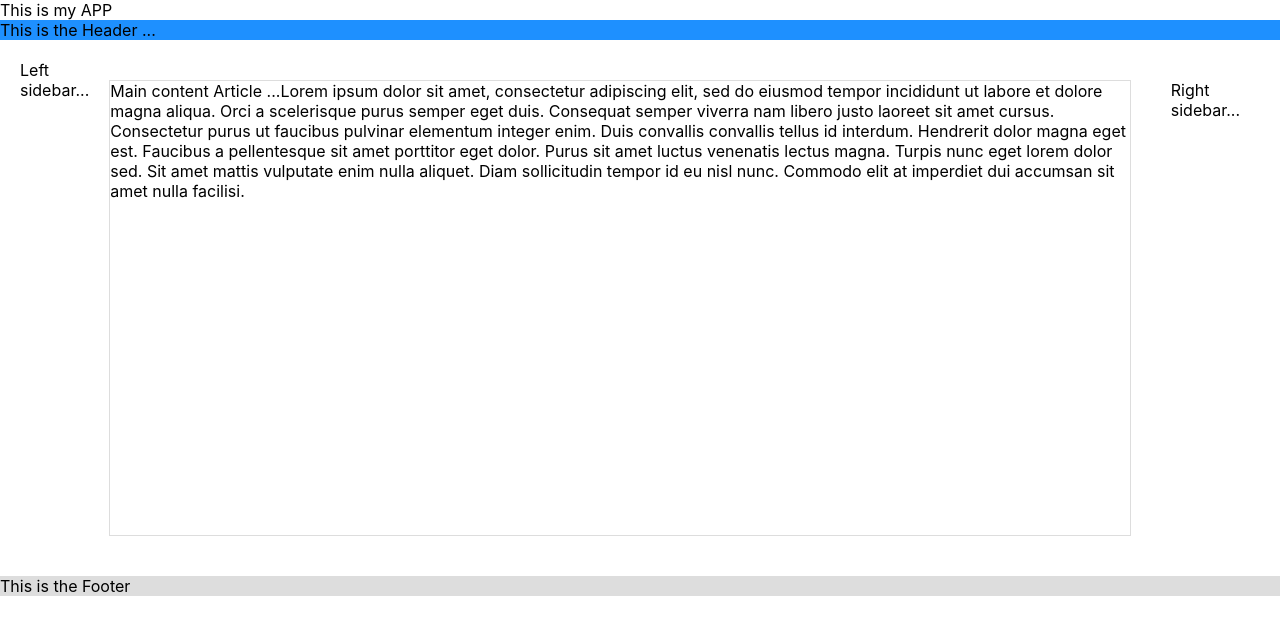
Repository: vnevescode/ui-components-react
Page: /
The author's editor kept a copy of each file at every save. The page is drawn from the files as they stood at one save, then again after the next save.
The browser window is 1280 px wide. The pictures show the whole page.
The project was rebuilt for these pictures with package versions that can differ from the ones it lists, and the page was loaded fresh each time. Also part of the build but not shown: src/components/Cards/Cards.styles.css, src/components/Cards/Cards.jsx.

Above is the page before, as saved 2022-06-09 22:57:47.

After the next save:
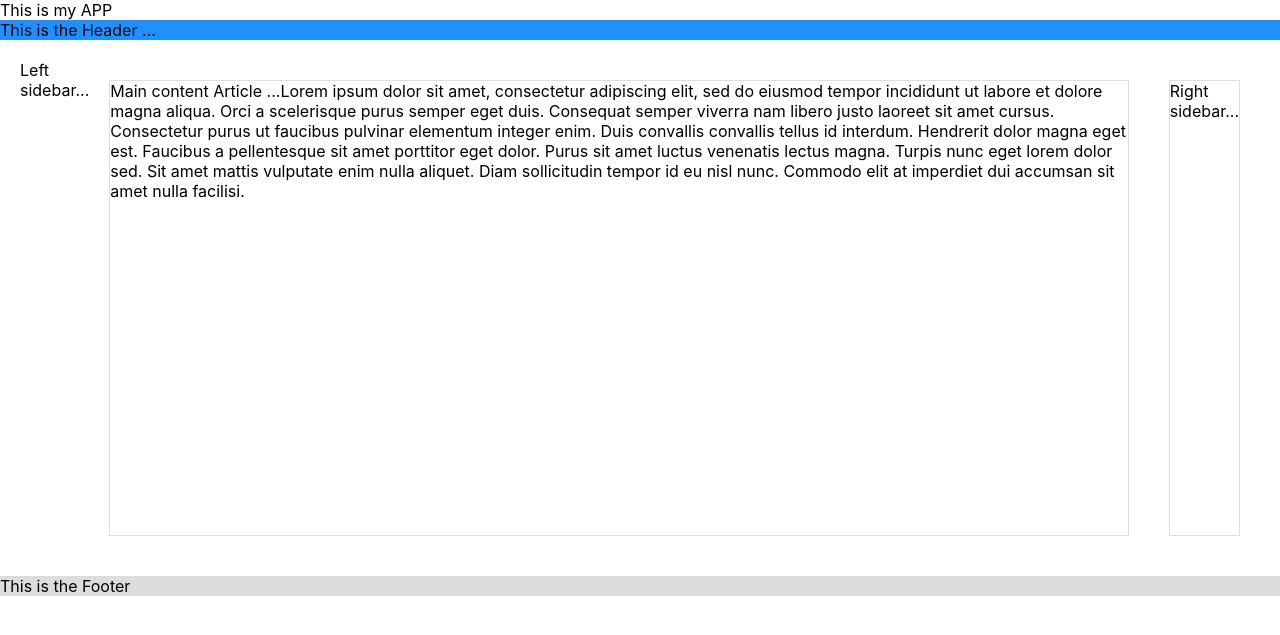
Saved 10 s later.
--- a/src/components/HolyGrailLayout/HolyGrailLayout.styles.css
+++ b/src/components/HolyGrailLayout/HolyGrailLayout.styles.css
@@ -18,6 +18,7 @@
     .container__left{
         width: 25%;
         margin: 20px;
+        border: 1px solid #ddd;
     }
     .container__middle{
         /* Take the remaining width */
@@ -29,6 +30,7 @@
     .container__right{
         width: 20%;
         margin: 20px;
+        border: 1px solid #ddd;
     }
 
     .container__footer{
